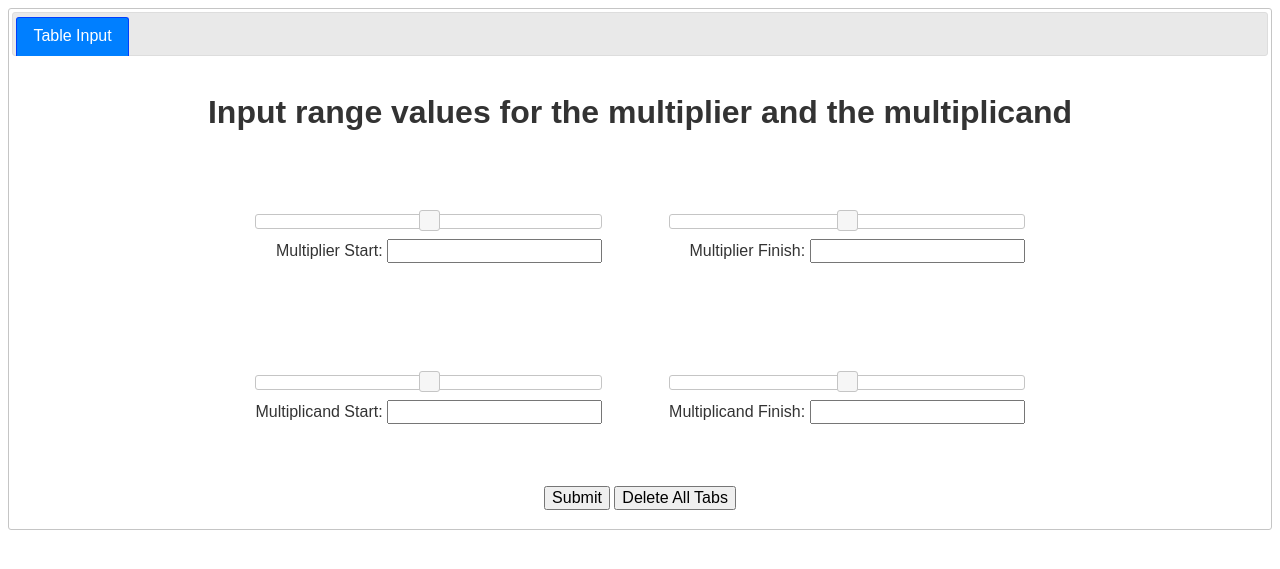
Repository: khrasna/HW4Part2
Page: index.html
These files come from the project's save history. The page is drawn as it stood at one moment and after the next save; the edit follows.
The browser window is 1280 px wide. The pictures show the whole page.
Some web libraries are served in a nearby version.

Above is the page before, as saved 2021-11-15 20:34:59.

After the next save:
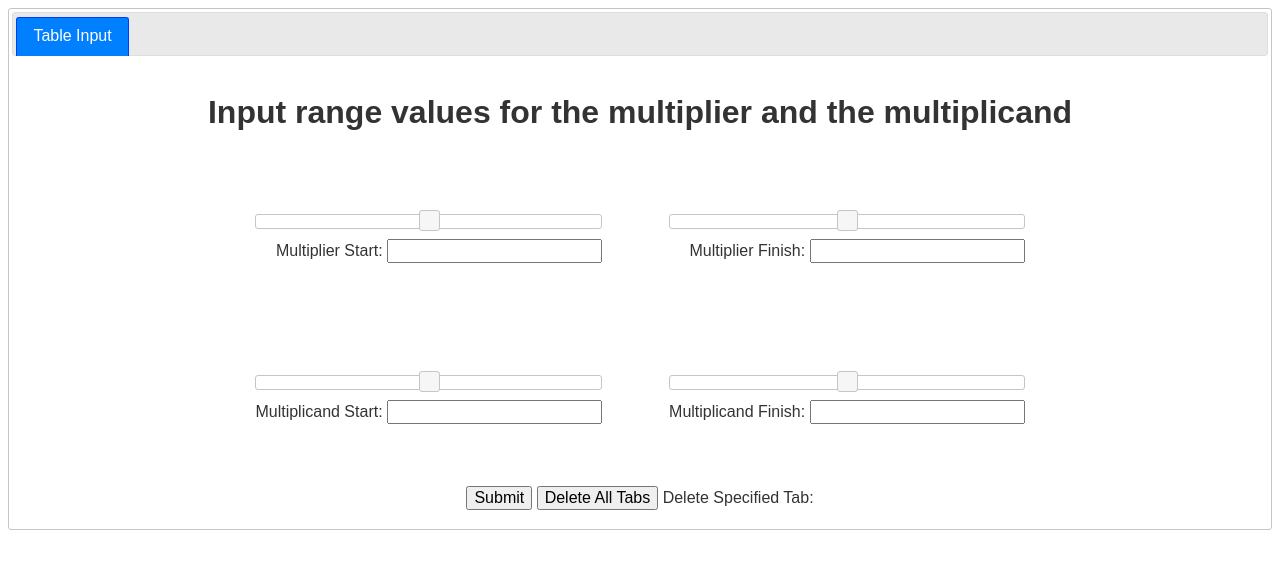
Saved 14 s later.
--- a/index.html
+++ b/index.html
@@ -52,7 +52,7 @@ By Karsten Hrasna  email Karsten_Hrasna@student.uml.edu-->
                 </table>
                 <input type="submit" value="Submit">
                 <input type="button" name="clear" value="Delete All Tabs">
-                <label type="text" name="clearx" value="Delete Specified Tab: "></label>
+                <label type="text" name="clearx">Delete Specified Tab:</label>
                 <!--goes directly under form and processes the input to create a mult table-->
             </form>
         </div>
